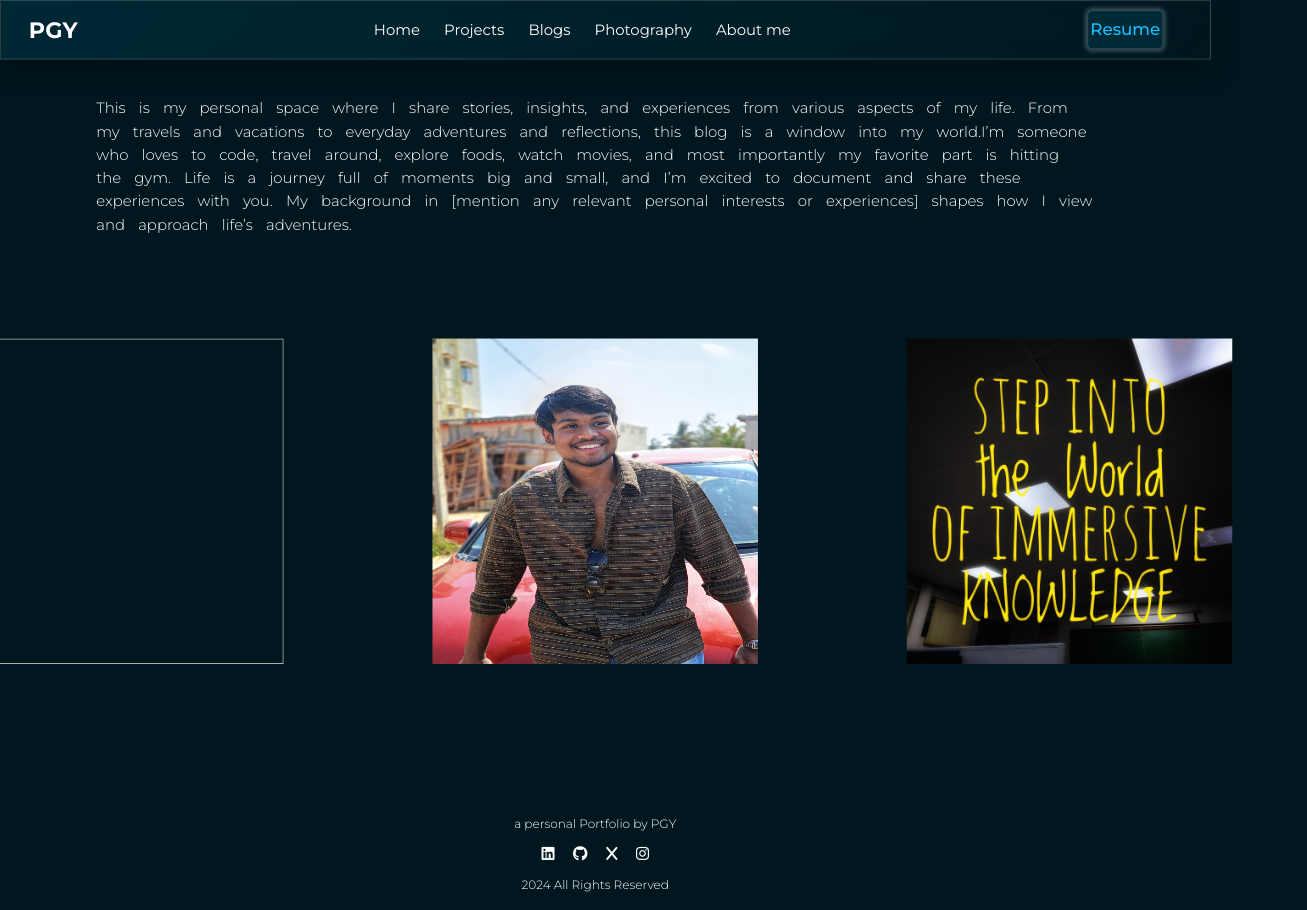
Repository: pgyunknown/pgyunknown
Page: personal_blog.html
These files come from the project's save history. The page is drawn as it stood at one moment and after the next save; the edit follows.
The browser window is 1280 px wide. The page is 1405 px wide, so the pictures cover 1405 px, including what lies to the right of the window. The pictures show the whole page, at 93% of full size.
Some web libraries are served in a nearby version.

Above is the page before, as saved 2024-08-16 18:45:21.
Not found: imgs/agni gugga.jpg

### personal_blog.html
<!DOCTYPE html>
<html lang="en">
<head>
    <meta charset="UTF-8">
    <meta name="viewport" content="width=device-width, initial-scale=1.0">
    <title>Personal portfolio</title>
    <link rel="stylesheet" href="personal_blog.css">
    <link rel="preconnect" href="https://fonts.googleapis.com">
<link rel="preconnect" href="https://fonts.gstatic.com" crossorigin>
<link href="https://fonts.googleapis.com/css2?family=Libre+Baskerville:ital,wght@0,400;0,700;1,400&family=Montserrat:ital,wght@0,100..900;1,100..900&family=Titillium+Web:ital,wght@0,200;0,300;0,400;0,600;0,700;0,900;1,200;1,300;1,400;1,600;1,700&display=swap" rel="stylesheet">
<link rel="stylesheet" href="https://cdnjs.cloudflare.com/ajax/libs/font-awesome/6.6.0/css/all.min.css" integrity="sha512-Kc323vGBEqzTmouAECnVceyQqyqdsSiqLQISBL29aUW4U/M7pSPA/gEUZQqv1cwx4OnYxTxve5UMg5GT6L4JJg==" crossorigin="anonymous" referrerpolicy="no-referrer" />
</head>
<body>
    <header>
        <div class="pgy_con">
                <div class="pgy"><a href="#">PGY</a></div>
        </div>
        <nav>
                <div class="nav_bar">
                <a href="#" id="home">Home</a>
                <a href="#"id="projects">Projects</a>
                <a href="blog.html"id="blogs">Blogs</a>
                <a href="#"id="photo">Photography</a>
                <a href="#"id="About">About me</a>
                </div>
            </nav>
        <div class="resume_con">
                <button>Resume</button>
        </div>
    </header>
    <main>
        <div class="personal_intro"><p>This is my personal space where I share stories, insights, and experiences from various aspects of my life. From my travels and vacations to everyday adventures and reflections, this blog is a window into my world.I’m someone who loves to code, travel around, explore foods, watch movies, and most importantly my favorite part is hitting the gym. Life is a journey full of moments big and small, and I’m excited to document and share these experiences with you. My background in [mention any relevant personal interests or experiences] shapes how I view and approach life’s adventures.</p></div>

        <div class="contianer">
        <div ><img src="imgs/agni gugga.jpg" alt=""></div>
        <div ><img src="imgs/IMG20240227144332 (1).jpg" alt=""></div>
        <div ><img src="imgs/professional.jpg" alt=""></div>
        </div>
    </main>

        <footer>
        <div class="footer_port">a personal Portfolio by PGY</div>
        <div class="footer_icons">
            <a href="https://www.linkedin.com/in/p-gokul-yadav-82548a295?utm_source=share&utm_campaign=share_via&utm_content=profile&utm_medium=android_app" alt="Gokul's linkedin profile" target="_blank"><i class="fa-brands fa-linkedin"></i></a>
            <a href="https://github.com/pgyunknown" alt="Gokul Github profile" target="_blank"><i class="fa-brands fa-github"></i></a>
            <a href="#"><i class="fa-brands fa-x" target="_blank"></i></a>
            <a href="#"><i class="fa-brands fa-instagram" target="_blank"></i></a>
        </div>
        <div class="copyrights">2024 All Rights Reserved</div>
    </footer>

### personal_blog.css
*{margin: 0px;
    padding: 0px;
}
body{
    background-color: #00171F;
    color: white;
    box-sizing: border-box;


}
a{
    text-decoration: none;
    color: inherit;
}

header{
    display: flex;
    justify-content: space-between;
    align-items: center;
    padding: 10px;
    /* Glassy effect */
    background: linear-gradient(135deg, rgba(0, 200, 255, 0.1), rgba(255, 255, 255, 0));
    backdrop-filter: blur(10px);
    -webkit-backdrop-filter: blur(10px);
    border:1px solid rgba(255, 255, 255, 0.18);
    box-shadow: 0 8px 32px 0 rgba(0, 0, 0, 0.37);

    overflow: hidden;
    position: fixed; /* Set the navbar to fixed position */
    top: 0; /* Position the navbar at the top of the page */
    width: 100%;
}

.pgy_con
{
    margin-left: 20px;
    font-family: "Montserrat", sans-serif;
    font-optical-sizing: auto;
    font-size: x-large;
    font-weight: 700;
    font-style: normal;
    align-items: end;

}

.pgy_con .pgy a{
    text-decoration: none;
}
.nav_bar {
        /* height: 50px; */
    width: 500px;
    display: flex;
    justify-content: space-evenly;

    transition-property: all;
    transition-timing-function: ease-in-out;
    transition-delay: 1s;


}

.nav_bar a{
    box-sizing: border-box;
    font-family: "Montserrat", sans-serif;
    font-optical-sizing: auto;
    font-weight: 400;
    font-style: normal
    text-decoration: none;
    justify-content: space-around;
    align-items: center;
    padding-top:10px;
    padding-bottom :10px;
    /* padding-right:10px ;
    padding-left:10px ; */
}

.nav_bar a:hover{
    color: #FFC107;
    text-shadow: #FFC107 0px 0px  1px;
    border-bottom: 0.5px solid #FFC107;


}


.resume_con {
    display: flex;
    justify-content: center;
    margin-right: 20px;
    background-color: #00171F;
    margin-right: 40px;
}
.resume_con button{
    background-color:rgba(0, 200, 255, 0.1);
    box-sizing: content-box;
    height: 2.5rem;
    width: 5rem;
    font-family: "Montserrat", sans-serif;
    font-optical-sizing: auto;
    font-size: large;
    font-weight: 500;
    font-style: normal;
    color: #1ABEFF;
    border: 0.0001px solid #3c555f;
    border-radius: 0.3rem;
    box-shadow: 0px 0px 5px 2px #3c555f;

}
    main{
    display: flex;
    flex-direction:column ;
    /* justify-content:space-around; */
    align-items: center;
    padding: 4.6rem;
    margin: 10px;
}
main .personal_intro{display: flex;
    flex-direction: row;

    font-family: "Montserrat", sans-serif;
    font-optical-sizing: auto;
    font-size: medium;
    font-weight: 300;
    font-style: normal;


    padding:10px;
    margin: 10px;

    word-spacing: 10px;
    line-height: 25px;
}

main .contianer{
    height: 500px;
    width: 80%;
    padding: 10px;
    display: flex;
    flex-direction: row;
    justify-content: center;
    align-items: start;
}

main .contianer img{
    height: 350px;
    width: 350px ;
    padding: 80px;

}



footer{
    display: flex;
    flex-direction:column;
    justify-content: space-evenly;
    align-items: center;
    margin-bottom: 20px;
    font-family: "Montserrat", sans-serif;
    font-optical-sizing: auto;
    font-size: small;
    font-weight: 300;
    font-style: normal;
}

.footer_icons{
    display: flex;
    justify-content: center;
    align-items: center;
    width: 50px;
    height: 50px;
}



.copyrights{
    display: flex;
    justify-content: center;
    align-items: center;
}

.footer_icons a{
font-size: medium;
padding: 10px;
width: 50px;
height: 50px;
display: flex;
justify-content: center;
align-items: center;
}

After the next save:
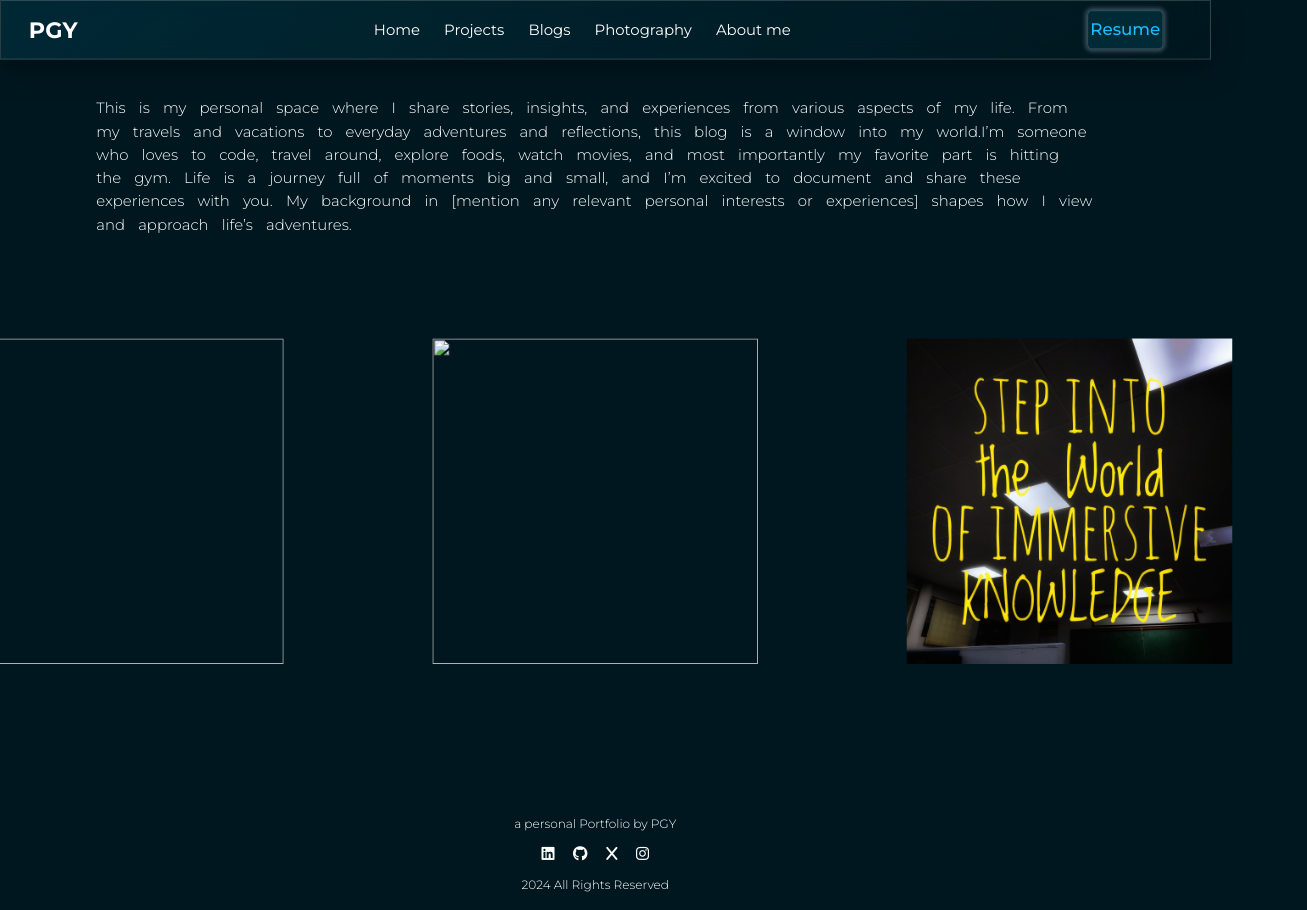
Not found: imgs/blog 3.jpg
Saved 23 s later.
--- a/personal_blog.html
+++ b/personal_blog.html
@@ -33,7 +33,7 @@
 
         <div class="contianer">
         <div ><img src="imgs/agni gugga.jpg" alt=""></div>
-        <div ><img src="imgs/IMG20240227144332 (1).jpg" alt=""></div>
+        <div ><img src="imgs/blog 3.jpg" alt=""></div>
         <div ><img src="imgs/professional.jpg" alt=""></div>
         </div>
     </main>

After the 5 saves that followed:
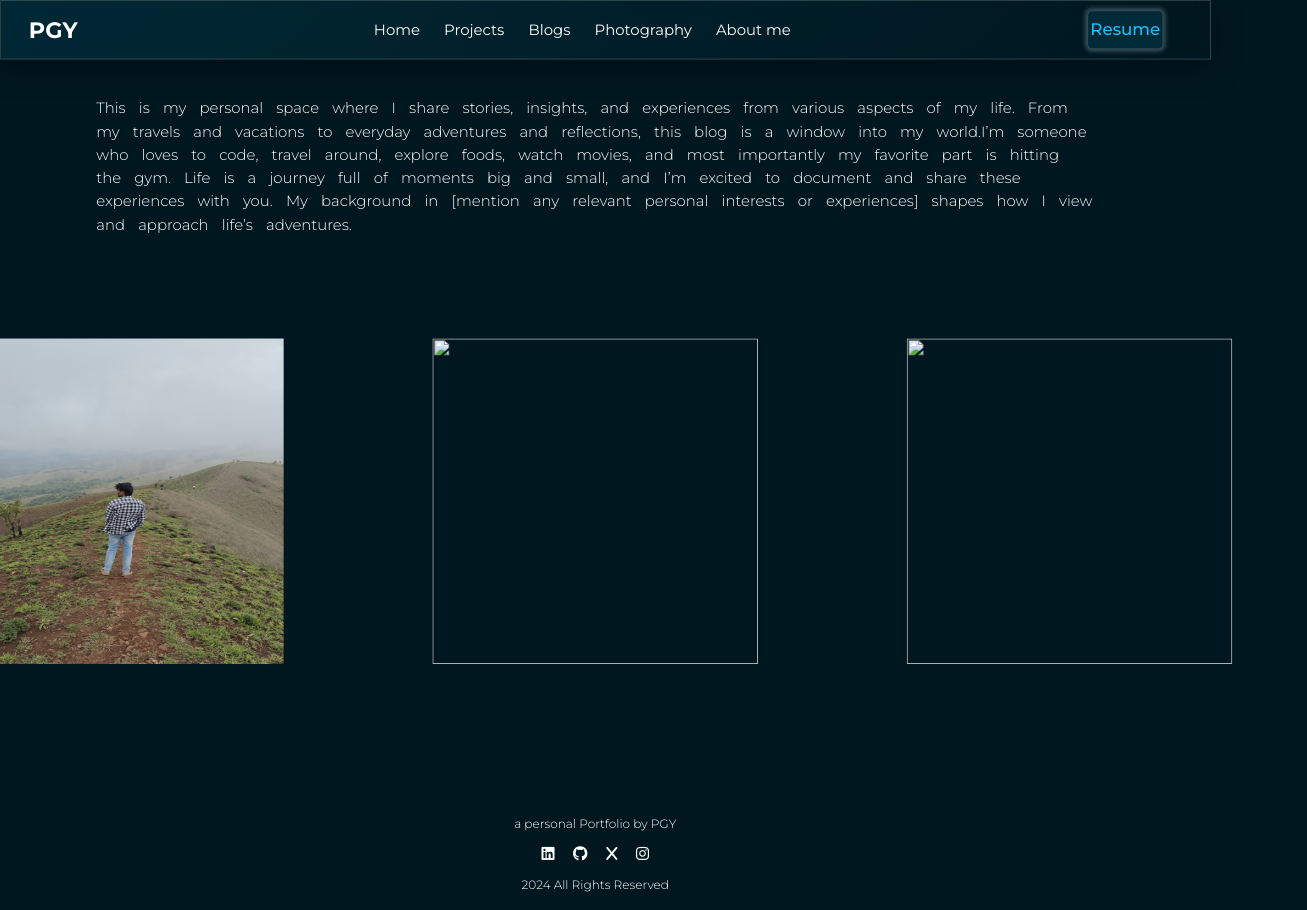
The 5 saves are shown as one change because 2 left the picture as it was and some came seconds apart.
The last was saved 4 min 19 s later.
--- a/personal_blog.html
+++ b/personal_blog.html
@@ -32,9 +32,9 @@
         <div class="personal_intro"><p>This is my personal space where I share stories, insights, and experiences from various aspects of my life. From my travels and vacations to everyday adventures and reflections, this blog is a window into my world.I’m someone who loves to code, travel around, explore foods, watch movies, and most importantly my favorite part is hitting the gym. Life is a journey full of moments big and small, and I’m excited to document and share these experiences with you. My background in [mention any relevant personal interests or experiences] shapes how I view and approach life’s adventures.</p></div>
 
         <div class="contianer">
-        <div ><img src="imgs/agni gugga.jpg" alt=""></div>
-        <div ><img src="imgs/blog 3.jpg" alt=""></div>
-        <div ><img src="imgs/professional.jpg" alt=""></div>
+        <div ><img src="imgs/WhatsApp Image 2024-08-16 at 18.40.53_9c257726.jpg" alt=""></div>
+        <div ><img src="" alt=""></div>
+        <div ><img src="" alt=""></div>
         </div>
     </main>
 
